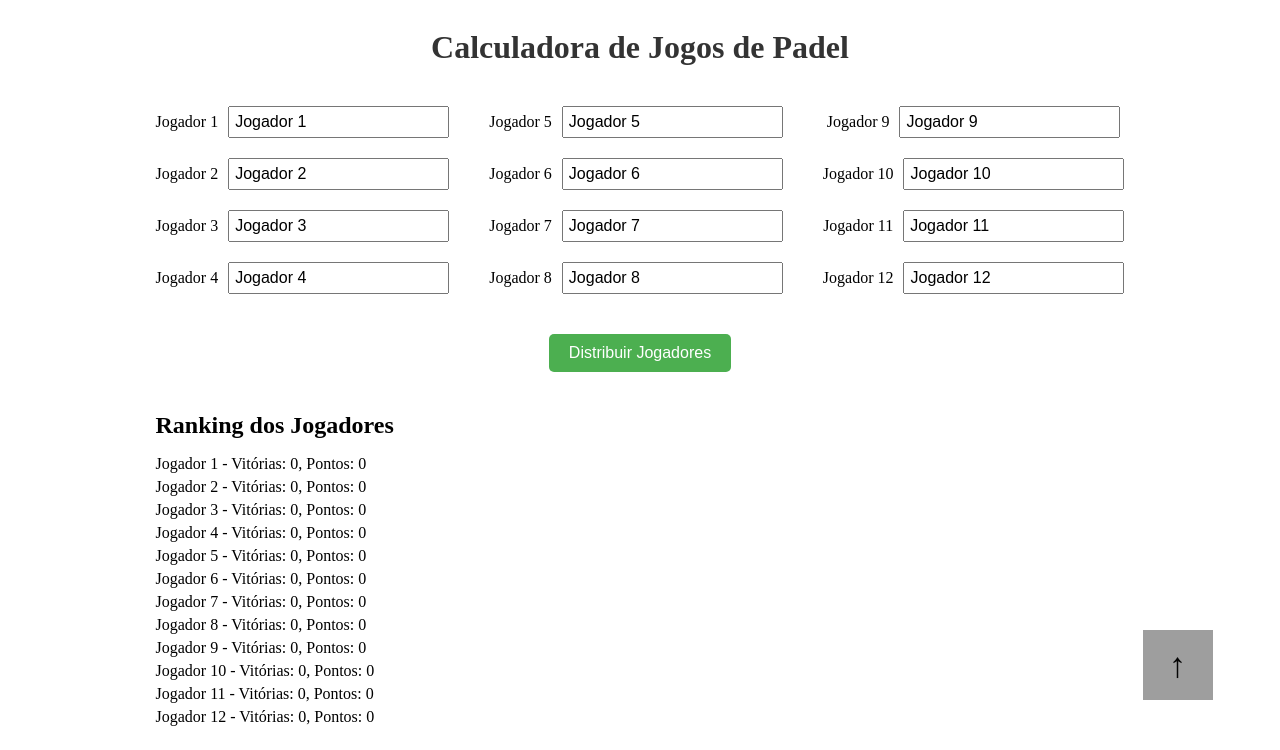
Repository: MarcioMiguel22/PadelMaster
Page: /calculadora
These files come from the project's save history. The page is drawn as it stood at one moment and after the next save; the edit follows.
The browser window is 1280 px wide. The pictures show the whole page.
Pictures or frames that could not be fetched are drawn as grey boxes. The project was rebuilt for these pictures with package versions that can differ from the ones it lists, and the page was loaded fresh each time. Also part of the build but not shown: vite.config.ts, src/pages/Home/Home.tsx, src/components/components_calculadora/Campo.tsx, src/components/components_calculadora/Jogo.tsx, src/index.css.

Above is the page before, as saved 2024-06-14 12:00:49.

### src/main.tsx
///home/marciomiguel/code/MarcioMiguel22/Sites/PadelMaster/src/main.tsx
import { render } from 'react-dom';
import { StrictMode } from 'react';
import App from './App';
import './index.css';

const root = document.getElementById('root')!;
render(
  <StrictMode>
    <App />
  </StrictMode>,
  root
);

### src/App.tsx

///home/marciomiguel/code/MarcioMiguel22/Sites/PadelMaster/src/App.tsx

import { BrowserRouter, Routes, Route } from 'react-router-dom';
import Home from './pages/Home/Home';
import Calculadora from './pages/Calculadora/Calculadora';

function App() {
  return (
    <BrowserRouter>
      <Routes>
        <Route path="/" element={<Home />} />
        <Route path="/calculadora" element={<Calculadora />} /> // Wrap Calculadora component with curly braces
      </Routes>
    </BrowserRouter>
  );
}

export default App

### src/pages/Calculadora/Calculadora.tsx
import React, { useState } from 'react';
import './Calculadora.css';
import JogadoresLista from '../../components/components_calculadora/JogadoresLista';
import Jogo from '../../components/components_calculadora/Jogo';
import Ranking from '../../components/components_calculadora/Ranking';
import { Jogador, Time, Campo as CampoType } from '../../utils/types/types'; // Importando os tipos
import { iniciarProximoJogo } from '../../components/components_calculadora/logic/gameLogic'; // Importando a função
import ScrollToTopButton from '../../components/components_calculadora/ScrollToTopButton'; // Importando o novo componente

const jogadoresIniciais: Jogador[] = Array.from({ length: 12 }, (_, i) => ({
  id: i + 1,
  nome: `Jogador ${i + 1}`,
  vitorias: 0,
  pontos: 0,
}));

const embaralharArray = <T,>(array: T[]): T[] => {
  const copiaArray = [...array];
  for (let i = copiaArray.length - 1; i > 0; i--) {
    const j = Math.floor(Math.random() * (i + 1));
    [copiaArray[i], copiaArray[j]] = [copiaArray[j], copiaArray[i]];
  }
  return copiaArray;
};

const criarTimes = (jogadores: Jogador[]): Time[] => {
  const jogadoresEmbaralhados = embaralharArray(jogadores);
  const times: Time[] = [];
  for (let i = 0; i < jogadoresEmbaralhados.length; i += 2) {
    times.push({ jogadores: jogadoresEmbaralhados.slice(i, i + 2), resultado: 0 });
  }
  return times;
};

const criarCampos = (times: Time[]): CampoType[] => [
  { id: 1, times: times.slice(0, 2) },
  { id: 2, times: times.slice(2, 4) },
  { id: 3, times: times.slice(4, 6) },
];

const CalculadoraApp: React.FC = () => {
  const [jogadores, setJogadores] = useState<Jogador[]>(jogadoresIniciais);
  const [jogos, setJogos] = useState<CampoType[][]>([]);

  const handleNomeChange = (id: number, novoNome: string) => {
    setJogadores(jogadores.map(jogador =>
      jogador.id === id ? { ...jogador, nome: novoNome } : jogador
    ));
  };

  const handleResultadoChange = (jogoIndex: number, campoId: number, timeIndex: number, novoResultado: number) => {
    setJogos(jogos.map((jogo, idx) =>
      idx === jogoIndex
        ? jogo.map(campo =>
            campo.id === campoId
              ? {
                  ...campo,
                  times: campo.times.map((time, index) =>
                    index === timeIndex ? { ...time, resultado: novoResultado } : time
                  ),
                }
              : campo
          )
        : jogo
    ));
  };

  const handleNomeEdit = (jogoIndex: number, campoId: number, timeIndex: number, jogadorIndex: number, novoNome: string) => {
    setJogos(jogos.map((jogo, idx) =>
      idx === jogoIndex
        ? jogo.map(campo =>
            campo.id === campoId
              ? {
                  ...campo,
                  times: campo.times.map((time, tIdx) =>
                    tIdx === timeIndex
                      ? {
                          ...time,
                          jogadores: time.jogadores.map((jogador, jIdx) =>
                            jIdx === jogadorIndex ? { ...jogador, nome: novoNome } : jogador
                          ),
                        }
                      : time
                  ),
                }
              : campo
          )
        : jogo
    ));
  };

  const distribuirJogadores = () => {
    const times = criarTimes(jogadores);
    const novosCampos = criarCampos(times);
    setJogos([novosCampos]);
  };

  const getTeamClass = (campo: CampoType, timeIndex: number): string => {
    if (campo.times.length < 2) return '';
    const resultadoAtual = campo.times[timeIndex].resultado;
    const resultadoOponente = campo.times[1 - timeIndex]?.resultado;
    if (resultadoAtual > resultadoOponente) return 'team vencedor';
    if (resultadoAtual < resultadoOponente) return 'team perdedor';
    return 'team';
  };

  const jogadoresClassificados = [...jogadores].sort((a, b) => {
    if (b.vitorias === a.vitorias) {
      return b.pontos - a.pontos;
    }
    return b.vitorias - a.vitorias;
  });

  return (
    <div className="calculadora-container">
      <h1>Calculadora de Jogos de Padel</h1>
      <div className="main-content">
        <JogadoresLista jogadores={jogadores} handleNomeChange={handleNomeChange} />
        <div className="fields-container">
          <button onClick={distribuirJogadores} className="distribute-button">Distribuir Jogadores</button>
          {jogos.map((jogo, jogoIndex) => (
            <Jogo
              key={jogoIndex}
              jogo={jogo}
              jogoIndex={jogoIndex}
              handleResultadoChange={handleResultadoChange}
              handleNomeEdit={handleNomeEdit}
              getTeamClass={getTeamClass}
            />
          ))}
        </div>
        {jogos.length > 0 && jogos.length < 5 && (
          <button onClick={() => iniciarProximoJogo(jogos, setJogos)} className="distribute-button">Jogo {jogos.length + 1}</button>
        )}
        <ScrollToTopButton />
        <Ranking jogadoresClassificados={jogadoresClassificados} />
      </div>
    </div>
  );
};

export default CalculadoraApp;

### src/pages/Home/Home.module.css
.padel-container {
  text-align: center;
  background-color: white;
  padding: 20px;
  border-radius: 10px;
  box-shadow: 0 0 10px rgba(0, 0, 0, 0.1);
}

h1 {
  color: #333;
  margin-bottom: 20px;
}

.padel-image {
  max-width: 50%;
  height: auto;
  border-radius: 10px;
  margin-bottom: 20px;
}

.enter-button {
  background-image: url('../../assets/images/tennis-ball.png'); /* Ensure the path is correct */
  background-size: cover;
  background-position: center;
  background-repeat: no-repeat;
  width: 60px;
  height: 60px;
  border: none;
  border-radius: 50%;
  cursor: pointer;
  padding: 0;
}

.enter-button:hover {
  transform: scale(1.1);
}

### src/pages/Calculadora/Calculadora.css
.calculadora-container {
  /* padding: 20px;
  text-align: center; */
  display: flex;
  flex-direction: column;
  align-items: center;
  gap: 20px;
}

.main-content {
  /* display: flex;
  flex-direction: column;
  align-items: center;*/
  gap: 20px;
}

.jogadores-lista {
  display: flex;
  flex-direction: row;
  justify-content: center;
  gap: 40px;
  /* margin-bottom: 20px; */

}

.jogadores-coluna {
  display: flex;
  flex-direction: column;
  align-items: center;
  gap: 10px;
}

.jogador-item {
  display: flex;
  align-items: center;
  margin-bottom: 10px;
}

.jogador-item label {
  margin-right: 10px;
}

.jogador-item input {
  padding: 5px;
  font-size: 16px;
}

.jogador-input {
  margin-right: 5px;
  padding: 5px;
  font-size: 16px;
  border: 1px solid #ccc;
  border-radius: 5px;
}

.distribute-button, .scroll-to-top {
  background-color: #4CAF50;
  color: white;
  padding: 10px 20px;
  border: none;
  border-radius: 5px;
  cursor: pointer;
  font-size: 16px;
  margin-top: 10px;
}

.distribute-button:hover, .scroll-to-top:hover {
  background-color: #45a049;
}

.fields-container {
  display: flex;
  flex-direction: column;
  align-items: center;
  margin-top: 20px;
}

.jogo {
  margin-bottom: 40px;
}

.campos {
  display: flex;
  justify-content: space-around;
}

.field {
  background-color: #f9f9f9;
  padding: 20px;
  border-radius: 10px;
  box-shadow: 0 0 10px rgba(0, 0, 0, 0.1);
  width: 30%;
}

.field h2 {
  margin-top: 0;
}

.team {

  list-style-type: none;
  padding: 5px;
  background-color: #fff;
  margin: 5px 0;
  border-radius: 5px;
  box-shadow: 0 0 5px rgba(0, 0, 0, 0.1);
  width:fit-content; /* Ajuste o valor conforme necessário */
}


.team.vencedor {
  background-color: #d4edda; /* Verde claro */
}

.team.perdedor {
  background-color: #f8d7da; /* Vermelho claro */
}

.team div {
  display: flex;
  align-items: center;
}

.team input.resultado-input {
  margin-left: 10px;
  width: 45px;
  padding: 5px;
  font-size: 16px;
}

.ranking-container {
  margin-top: 40px;
}

.ranking-container h2 {
  margin-bottom: 10px;
}

.ranking-container ul {
  list-style-type: none;
  padding: 0;
}

.ranking-container li {
  margin: 5px 0;
}

### src/components/components_calculadora/JogadoresLista.tsx
import React from 'react';
import JogadorItem from './JogadorItem';
import { Jogador } from '../../utils/types/types'; // Importando o tipo Jogador

interface JogadoresListaProps {
  jogadores: Jogador[];
  handleNomeChange: (id: number, novoNome: string) => void;
}

const JogadoresLista: React.FC<JogadoresListaProps> = ({ jogadores, handleNomeChange }) => (
  <div className="jogadores-lista">
    {Array.from({ length: 3 }, (_, i) => (
      <div className="jogadores-coluna" key={i}>
        {jogadores.slice(i * 4, (i + 1) * 4).map(jogador => (
          <JogadorItem
            key={jogador.id}
            jogador={jogador}
            handleNomeChange={handleNomeChange}
          />
        ))}
      </div>
    ))}
  </div>
);

export default JogadoresLista;

### src/components/components_calculadora/Ranking.tsx
import React from 'react';

interface Jogador {
  id: number;
  nome: string;
  vitorias: number;
  pontos: number;
}

interface RankingProps {
  jogadoresClassificados: Jogador[];
}

const Ranking: React.FC<RankingProps> = ({ jogadoresClassificados }) => (
  <div className="ranking-container">
    <h2>Ranking dos Jogadores</h2>
    <ul>
      {jogadoresClassificados.map((jogador) => (
        <li key={jogador.id}>
          {jogador.nome} - Vitórias: {jogador.vitorias}, Pontos: {jogador.pontos}
        </li>
      ))}
    </ul>
  </div>
);

export default Ranking;

### src/components/components_calculadora/logic/gameLogic.ts
import { Jogador, Campo as CampoType } from '../../../utils/types/types';

export const separarDuplas = (jogadores: Jogador[]): Jogador[] => {
  const separados: Jogador[] = [];
  while (jogadores.length) {
    const [jogador1, jogador2] = jogadores.splice(0, 2);
    separados.push(jogador1);
    if (jogador2) separados.push(jogador2);
  }
  return separados;
};

export const iniciarProximoJogo = (jogos: CampoType[][], setJogos: React.Dispatch<React.SetStateAction<CampoType[][]>>) => {
  const ultimoJogo = jogos[jogos.length - 1];
  const novosCampos: CampoType[] = [
    { id: 1, times: [] },
    { id: 2, times: [] },
    { id: 3, times: [] },
  ];

  const campo1 = ultimoJogo.find(campo => campo.id === 1);
  const campo2 = ultimoJogo.find(campo => campo.id === 2);
  const campo3 = ultimoJogo.find(campo => campo.id === 3);

  if (campo1 && campo2 && campo3) {
    const [time1Campo1, time2Campo1] = campo1.times;
    const [time1Campo2, time2Campo2] = campo2.times;
    const [time1Campo3, time2Campo3] = campo3.times;

    // Vencedores e perdedores dos campos
    const vencedoresCampo1 = time1Campo1.resultado > time2Campo1.resultado ? time1Campo1.jogadores : time2Campo1.jogadores;
    const perdedoresCampo1 = time1Campo1.resultado > time2Campo1.resultado ? time2Campo1.jogadores : time1Campo1.jogadores;

    const vencedoresCampo2 = time1Campo2.resultado > time2Campo2.resultado ? time1Campo2.jogadores : time2Campo2.jogadores;
    const perdedoresCampo2 = time1Campo2.resultado > time2Campo2.resultado ? time2Campo2.jogadores : time1Campo2.jogadores;

    const vencedoresCampo3 = time1Campo3.resultado > time2Campo3.resultado ? time1Campo3.jogadores : time2Campo3.jogadores;
    const perdedoresCampo3 = time1Campo3.resultado > time2Campo3.resultado ? time2Campo3.jogadores : time1Campo3.jogadores;

    // Atualizar pontuação dos jogadores
    const margemVitoriaCampo1 = Math.abs(time1Campo1.resultado - time2Campo1.resultado);
    const margemVitoriaCampo2 = Math.abs(time1Campo2.resultado - time2Campo2.resultado);
    const margemVitoriaCampo3 = Math.abs(time1Campo3.resultado - time2Campo3.resultado);

    vencedoresCampo1.forEach(jogador => {
      jogador.vitorias += 1;
      jogador.pontos += margemVitoriaCampo1;
    });

    vencedoresCampo2.forEach(jogador => {
      jogador.vitorias += 1;
      jogador.pontos += margemVitoriaCampo2;
    });

    vencedoresCampo3.forEach(jogador => {
      jogador.vitorias += 1;
      jogador.pontos += margemVitoriaCampo3;
    });

    // Campo 1: vencedores do campo 1 e vencedores do campo 2
    novosCampos[0].times.push(
      { jogadores: [vencedoresCampo1[0], vencedoresCampo2[0]], resultado: 0 },
      { jogadores: [vencedoresCampo1[1], vencedoresCampo2[1]], resultado: 0 }
    );

    // Campo 2: perdedores do campo 1 e vencedores do campo 3
    novosCampos[1].times.push(
      { jogadores: [perdedoresCampo1[0], vencedoresCampo3[0]], resultado: 0 },
      { jogadores: [perdedoresCampo1[1], vencedoresCampo3[1]], resultado: 0 }
    );

    // Campo 3: perdedores do campo 2 e perdedores do campo 3
    novosCampos[2].times.push(
      { jogadores: [perdedoresCampo2[0], perdedoresCampo3[0]], resultado: 0 },
      { jogadores: [perdedoresCampo2[1], perdedoresCampo3[1]], resultado: 0 }
    );
  }

  setJogos([...jogos, novosCampos]);
};

### src/components/components_calculadora/ScrollToTopButton.tsx
import React from 'react';
import tennisBall from '../../assets/images/tennis-ball.png';
import styles from './ScrollToTopButton.module.css'; // Importando o arquivo CSS Module

const ScrollToTopButton: React.FC = () => {
  const scrollToTop = () => {
    window.scrollTo({ top: 0, behavior: 'smooth' });
  };

  return (
    <button onClick={scrollToTop} className={styles.scrollToTop}>
      <img src={tennisBall} alt="Tennis Ball" className={styles.tennisBall} />
      <span className={styles.arrowUp}>↑</span>
    </button>
  );
};

export default ScrollToTopButton;

### src/components/components_calculadora/JogadorItem.tsx
import React from 'react';
import { Jogador } from '../../utils/types/types'; // Importando o tipo Jogador

interface JogadorItemProps {
  jogador: Jogador;
  handleNomeChange: (id: number, novoNome: string) => void;
}

const JogadorItem: React.FC<JogadorItemProps> = ({ jogador, handleNomeChange }) => (
  <div className="jogador-item">
    <label>{`Jogador ${jogador.id}`}</label>
    <input
      type="text"
      value={jogador.nome}
      onChange={(e) => handleNomeChange(jogador.id, e.target.value)}
    />
  </div>
);

export default JogadorItem;

### src/components/components_calculadora/ScrollToTopButton.module.css
.scrollToTop {
  position: fixed;
  bottom: 20px;
  left: 92%;
  transform: translateX(-50%);
  width: 70px;
  height: 70px;
  border: none;
  background: none;
  cursor: pointer;
  display: flex;
  align-items: center;
  justify-content: center;
}

.tennisBall {
  width: 100%;
  height: 100%;
  position: absolute;
}

.arrowUp {
  position: absolute;
  font-size: 35px;
  color: rgb(5, 5, 5);
  font-weight: bold;
  z-index: 1;
}

Loaded but not shown: index.html (common file)

After the next save:
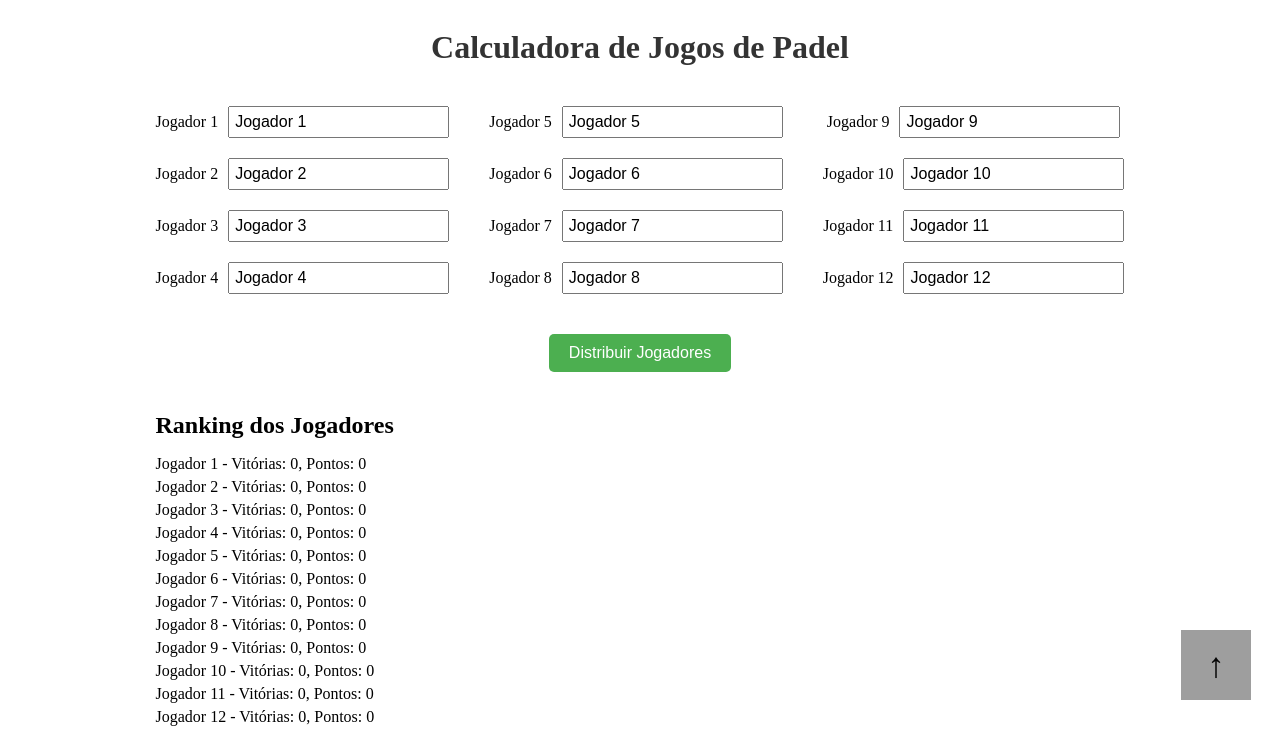
Saved 5 s later.
--- a/src/components/components_calculadora/ScrollToTopButton.module.css
+++ b/src/components/components_calculadora/ScrollToTopButton.module.css
@@ -1,7 +1,7 @@
 .scrollToTop {
   position: fixed;
   bottom: 20px;
-  left: 92%;
+  left: 95%;
   transform: translateX(-50%);
   width: 70px;
   height: 70px;
